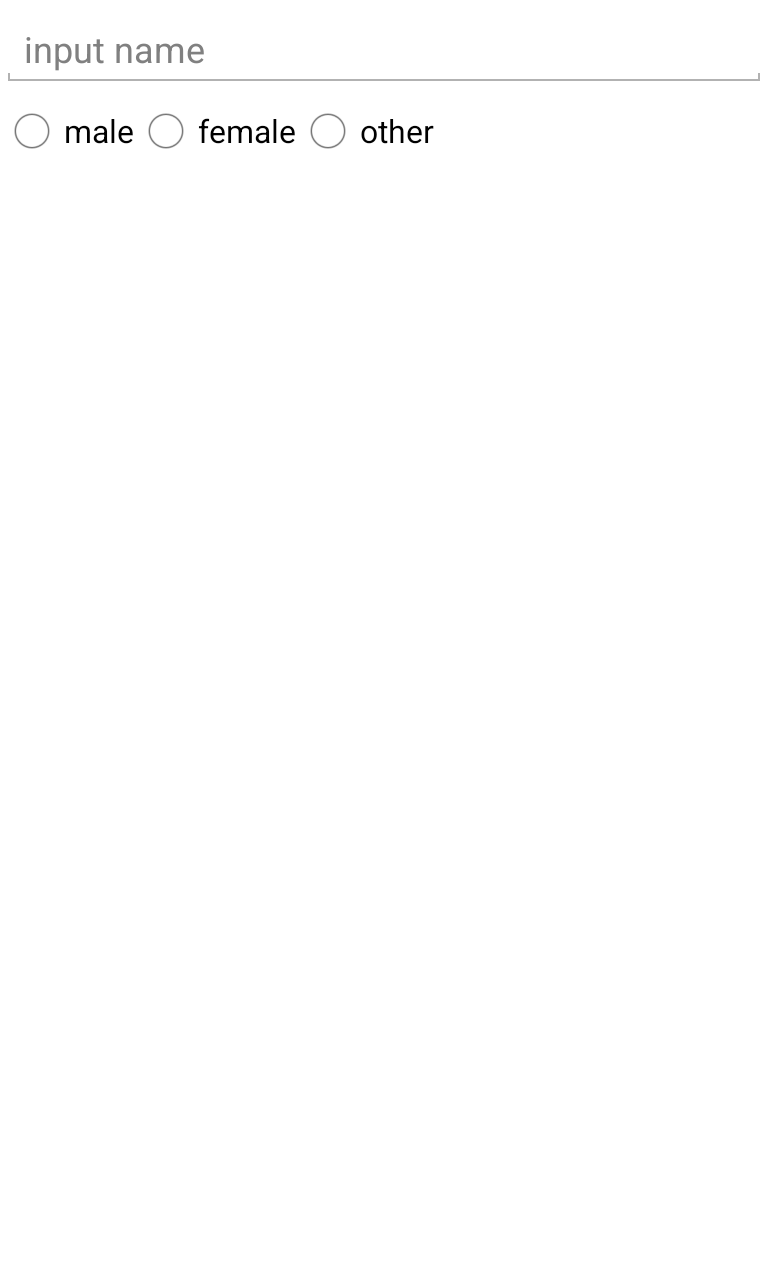
Repository: whoami-I/android
Layout: Activity/ActivityProject/res/layout/activity_main.xml
These files come from the project's save history. The layout is drawn as it stood at one moment and after the next save; the edit follows.
It is drawn on a 768 x 1280 px phone screen (xhdpi) without system bars, with theme AppTheme; the app's code is not run.

Above is the layout before, as saved 2018-11-02 01:37:25.

After the next save:
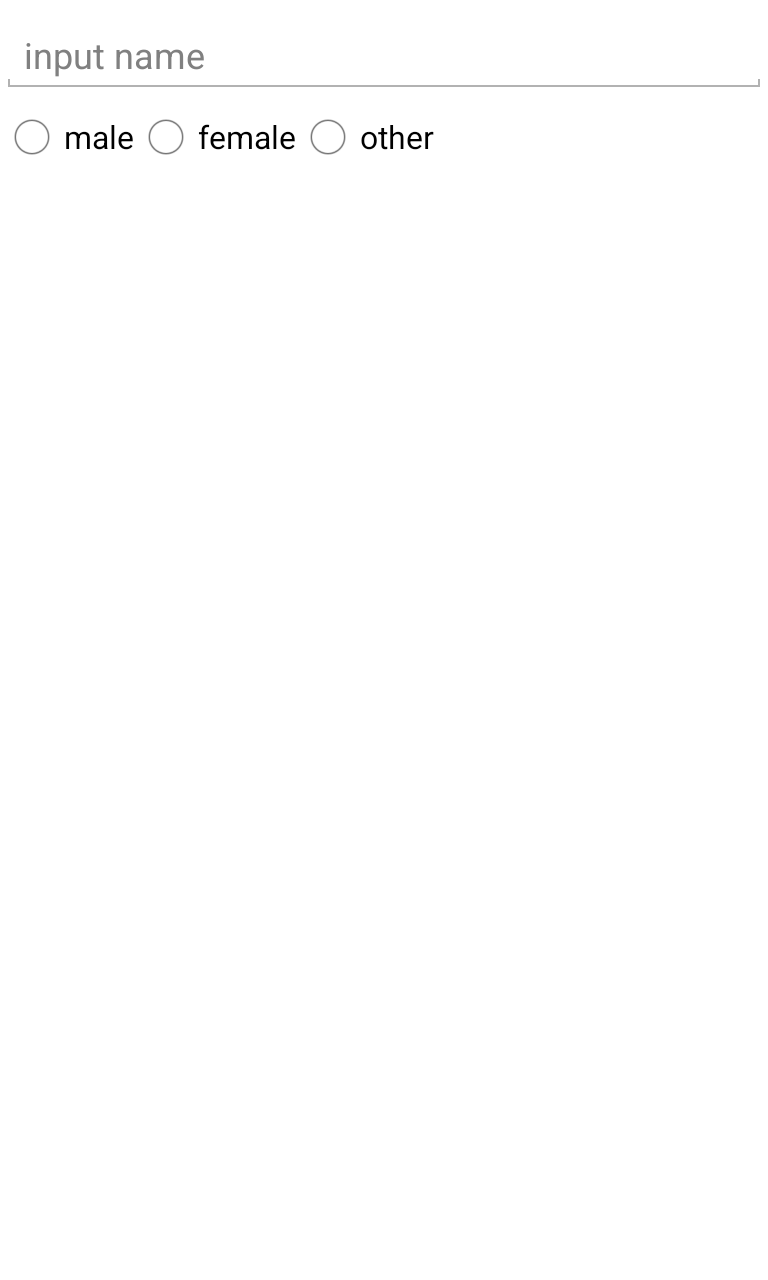
Saved 10 s later.
--- a/Activity/ActivityProject/res/layout/activity_main.xml
+++ b/Activity/ActivityProject/res/layout/activity_main.xml
@@ -8,7 +8,7 @@
         android:id="@+id/et_name"
         android:layout_width="match_parent"
         android:layout_height="wrap_content"
-        android:layout_marginTop="5dp"
+        android:layout_marginTop="8dp"
         android:hint="input name" />
 
     <RadioGroup
